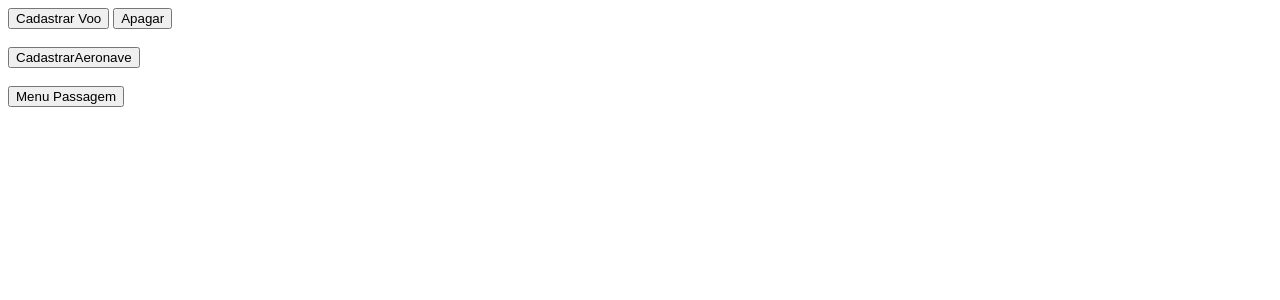
Repository: leal554/ProjetoVendaPassagemAereaWEB
Page: http://localhost/ProjetoVendaPassagemAereaWEB/Menu.jsp
An editor plug-in stored every save of this project. The page is shown before and after the next save, followed by the edit.
The browser window is 1280 px wide. The pictures show the whole page.
The page is served by Tomcat 9.

Above is the page before, as saved 2015-10-15 22:56:29.

After the next save:
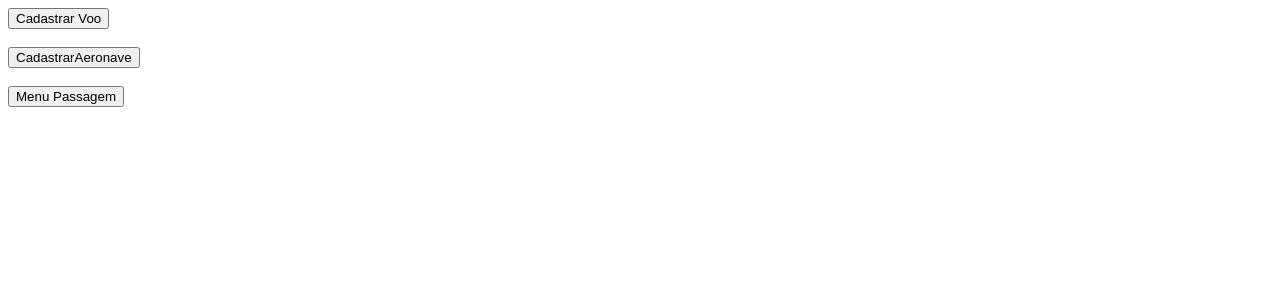
Saved 21 s later.
--- a/ProjetoVendaPassagemAereaWEB/WebContent/Menu.jsp
+++ b/ProjetoVendaPassagemAereaWEB/WebContent/Menu.jsp
@@ -8,8 +8,7 @@
 </head>
 <body>
 	<div>
-		<button name="cadastrarVoo" href="./Home.jsp">Cadastrar Voo</button>
-		<button onclick="window.location.href='./Home.jsp'">Apagar</button>
+		<button onclick="window.location.href='./Home.jsp'">Cadastrar Voo</button>
 	</div>
 	<br>
 	<div>
